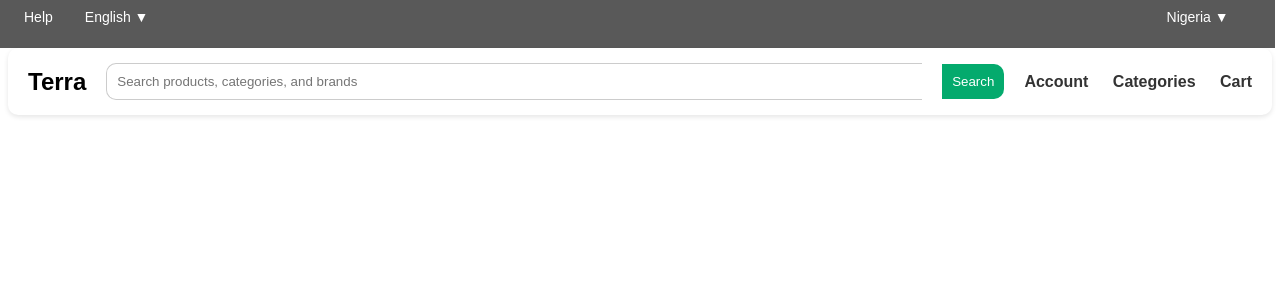
Repository: Femi007-gh/e-commerce
Page: index.html
The author's editor kept a copy of each file at every save. The page is drawn from the files as they stood at one save, then again after the next save.
The browser window is 1280 px wide. The pictures show the whole page.

Above is the page before, as saved 2025-04-28 19:56:49.

### index.html
<html>
    <head>
      <title>Shopping Cart Page</title>
      <link rel="stylesheet" href="style.css">
    </head>
  <body>
    <header>
    <div class="div1">
<div class="top-bar">
  <div class="left">
    <div class="dropdown">
      <button class="dropbtn">Help</button>
    </div>
    <div class="dropdown">
      <button class="dropbtn">English ▼</button>
      <div class="dropdown-content">
        <a href="#">English</a>
        <a href="#">Japanese</a>
        <a href="#">Korean</a>
      </div>
    </div>
  </div>
  <div class="right">
    <div class="dropdown">
      <button class="dropbtn">Nigeria ▼</button>
      <div class="dropdown-content">
        <a href="#">Nigeria</a>
        <a href="#">USA</a>
        <a href="#">China</a>
        </div>
      </div>
     </div>
   </div>
  </div>


<nav class="nav-bar">
  <div class="logo">Terra</div>
    <input type="text" placeholder="Search products, categories, and brands" class="inp">
    <button class="search">Search</button>
  </div>
  <div class="nav-icons">
    <a href="#">Account</a>
    <a href="#">Categories</a>
    <a href="#">Cart</a>
  </div>
</nav>
  </body>
</html>

### style.css
body{
  font-family: Arial;
}
.div1{
  background-color: #595959;
  width: 101%;
  height: 50px;
  margin-left: -10px;
  margin-top: -10px;
}
.top-bar {
  background-color:  #595959;
  color: white;
  padding: 10px 20px;
  display: flex;
  justify-content: space-between;
  font-size: 14px;
}

.top-bar .left, .top-bar .right {
  display: flex;
  align-items: center;
}

.dropdown {
  position: relative;
  margin-right: 20px;
}

.dropbtn {
  background: none;
  border: none;
  color: white;
  cursor: pointer;
  font-size: 14px;
}

.dropdown-content {
  display: none;
  position: absolute;
  background-color: white;
  color:  #595959;
  min-width: 100px;
  border-radius: 5px;
  box-shadow: 0px 8px 16px rgba(0,0,0,0.2);
  z-index: 1;
}

.dropdown-content a {
  padding: 8px 12px;
  display: block;
  text-decoration: none;
  color: black;
}

.dropdown-content a:hover {
  background-color: #f1f1f1;
}

.dropdown:hover .dropdown-content {
  display: block;
}

.nav-icons a {
  margin-left: 20px;
  text-decoration: none;
  color: #333;
  font-weight: 600;
}


/* Nav bar */
.nav-bar {
  display: flex;
  justify-content: space-between;
  align-items: center;
  background: white;
  padding: 15px 20px;
  margin-bottom: 20px;
  border-radius: 10px;
  box-shadow: 0 2px 5px rgba(0,0,0,0.1);
}

.nav-bar .logo {
  font-weight: 700;
  font-size: 24px;
}


 .inp {
  flex: 1;
  border: 1px solid #ccc;
  border-right: none;
  border-radius: 10px 0 0 10px;
   flex: 1;
  margin: 0 20px;
  display: flex;
}

.search {
  background-color: #04AA6D;
  color: white;
  border: none;
  border-radius: 0 10px 10px 0;
  cursor: pointer;
  padding: 10px 10px;
}

.nav-icons a {
  margin-left: 20px;
  text-decoration: none;
  color: #333;
}

.inp {
  padding: 10px 10px;
}

After the next save:
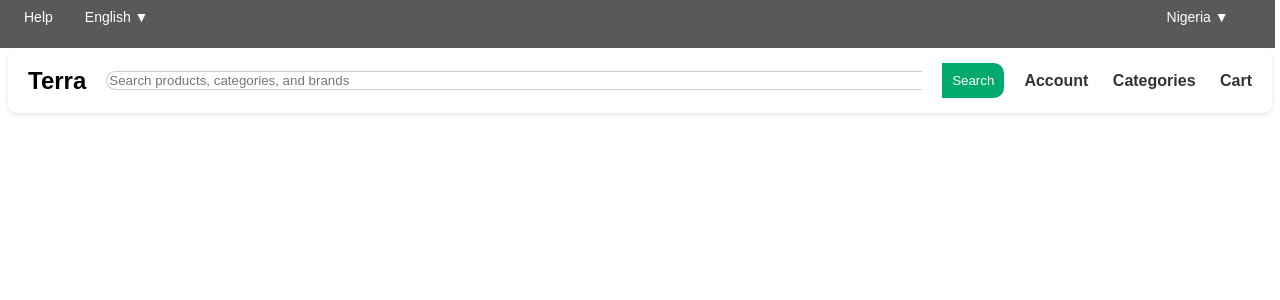
Saved 5 s later.
--- a/style.css
+++ b/style.css
@@ -111,7 +111,3 @@ body{
   text-decoration: none;
   color: #333;
 }
-
-.inp {
-  padding: 10px 10px;
-}
